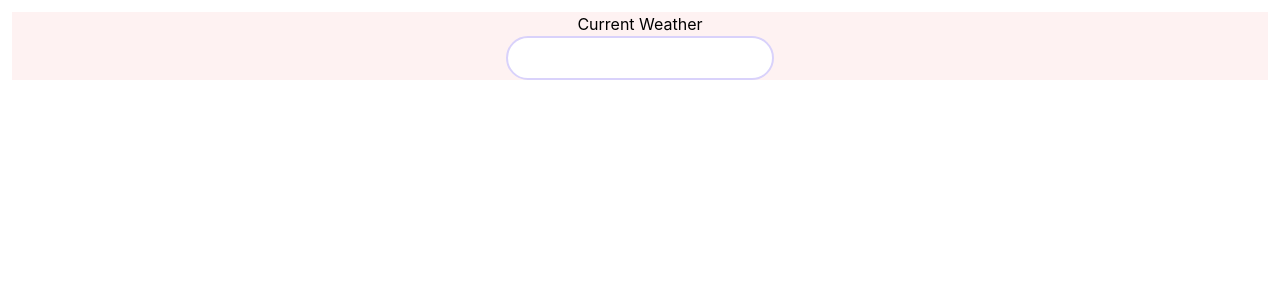
Repository: clintonmedbery/weather-client
Page: /
The author's editor kept a copy of each file at every save. The page is drawn from the files as they stood at one save, then again after the next save.
The browser window is 1280 px wide. The pictures show the whole page.
The project was rebuilt for these pictures with package versions that can differ from the ones it lists, and the page was loaded fresh each time. Also part of the build but not shown: craco.config.js.

Above is the page before, as saved 2021-04-14 13:17:34.

After the next save:
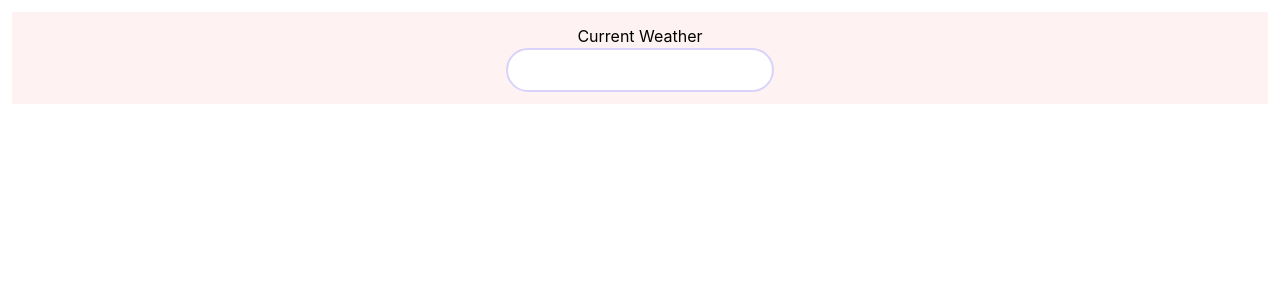
Saved 8 s later.
--- a/src/modules/weather-page.component.js
+++ b/src/modules/weather-page.component.js
@@ -15,7 +15,7 @@ export default WeatherPage
 
 const Header = () => {
   return (
-    <div className="w-90 bg-red-50 m-3 padd-3">
+    <div className="w-90 bg-red-50 m-3 p-3">
       <div>Current Weather</div>
       <Input />
     </div>
